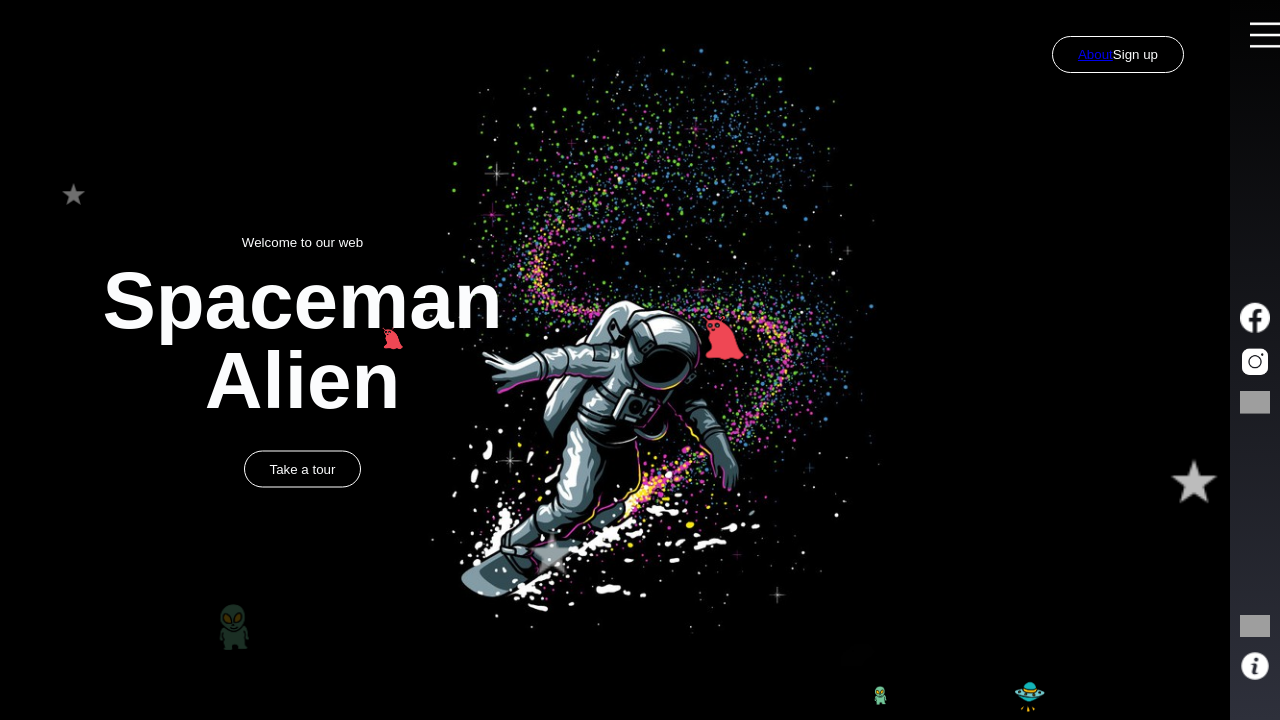
Repository: 70y-ali/branding_
Page: /
These files come from the project's save history. The page is drawn as it stood at one moment and after a run of saves; the edit follows.
The browser window is 1280 px wide. The pictures show the whole page.
Pictures or frames that could not be fetched are drawn as grey boxes. The project was rebuilt for these pictures with package versions that can differ from the ones it lists, and the page was loaded fresh each time. A package was used in the major version that the imports need, not the one package.json lists. Also part of the build but not shown: src/components/SignUp/index.js.

Above is the page before, as saved 2021-01-01 22:59:17.

After the next 3 saves:
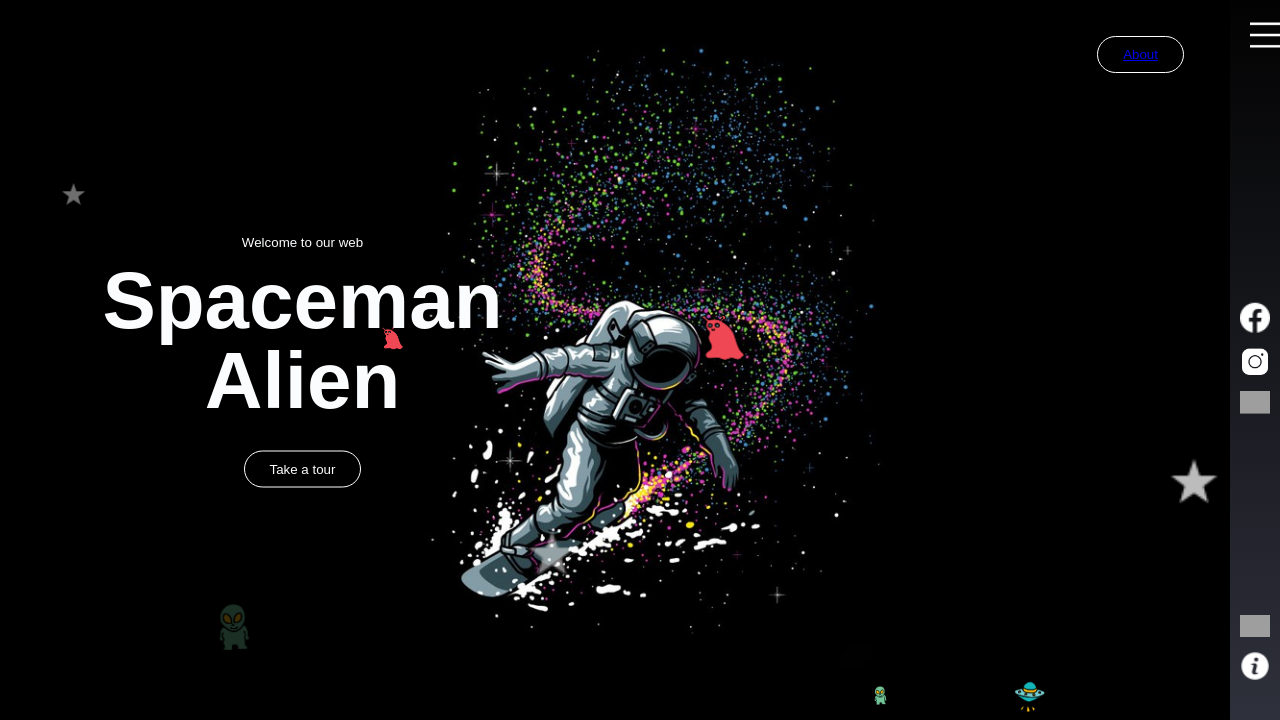
The 3 saves are shown as one change because 2 did not build or start.
The last was saved 3 min 31 s later.
--- a/src/components/Home/index.js
+++ b/src/components/Home/index.js
@@ -24,7 +24,6 @@
                         <img  className='logo'/> {/*src={Diamond}*/}
                         <button type='button' >
                         <Link to="/sign-up">About</Link>
-                        Sign up
                         </button>
                     </div>
                     <div className='content'>
